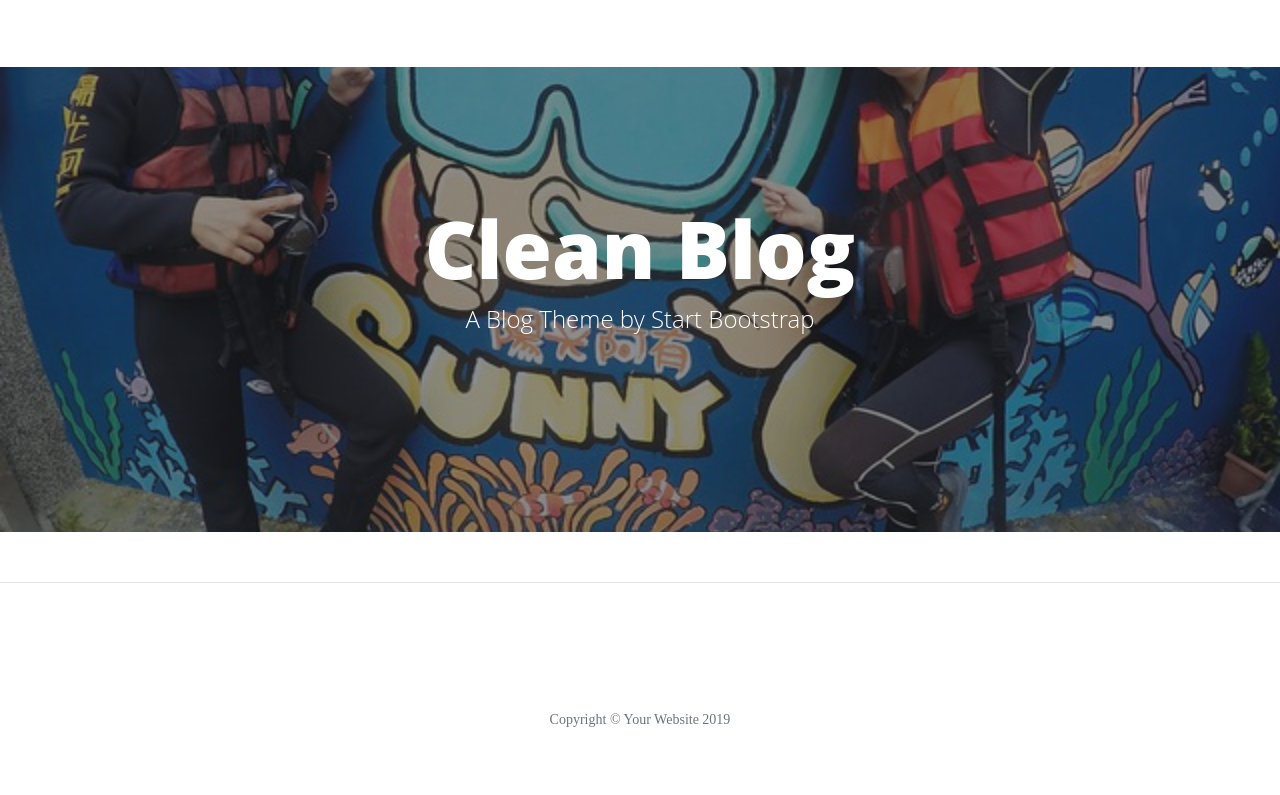
Repository: ivarsaris/Flask
Page: templates/base.html
The author's editor kept a record of every edit. The page is drawn from the files as they stood at one moment, then again after the next edit.
The browser window is 1280 px wide. The pictures show the whole page.
The template is drawn by Flask 3. The application's start-up code is not run. The template is opened directly, without the code that normally fills it, so the values that code supplies are empty.

Above is the page before.

After the next edit:
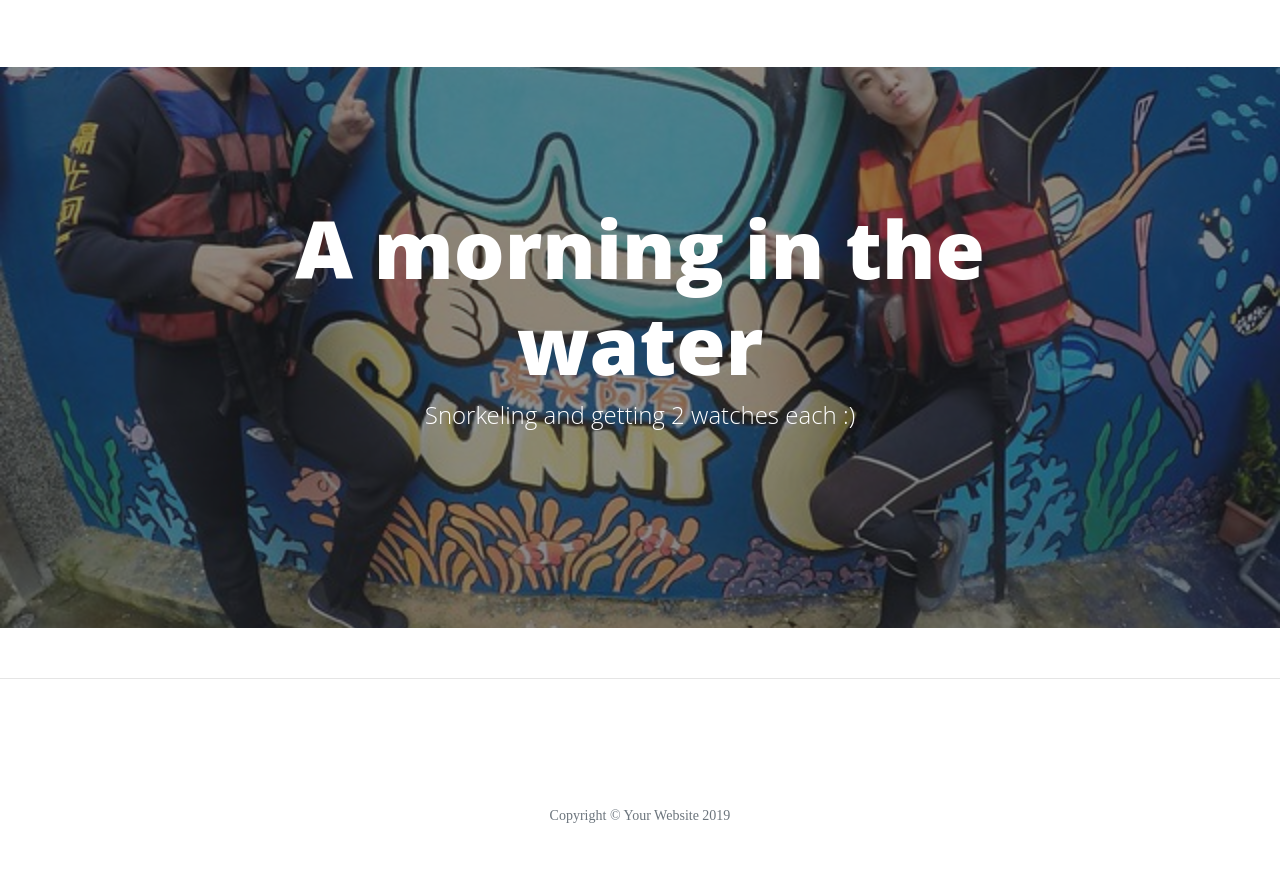
The edit:
--- a/templates/base.html
+++ b/templates/base.html
@@ -45,8 +45,8 @@
       <div class="row">
         <div class="col-lg-8 col-md-10 mx-auto">
           <div class="site-heading">
-            <h1>Clean Blog</h1>
-            <span class="subheading">A Blog Theme by Start Bootstrap</span>
+            <h1>A morning in the water</h1>
+            <span class="subheading">Snorkeling and getting 2 watches each :)</span>
           </div>
         </div>
       </div>
